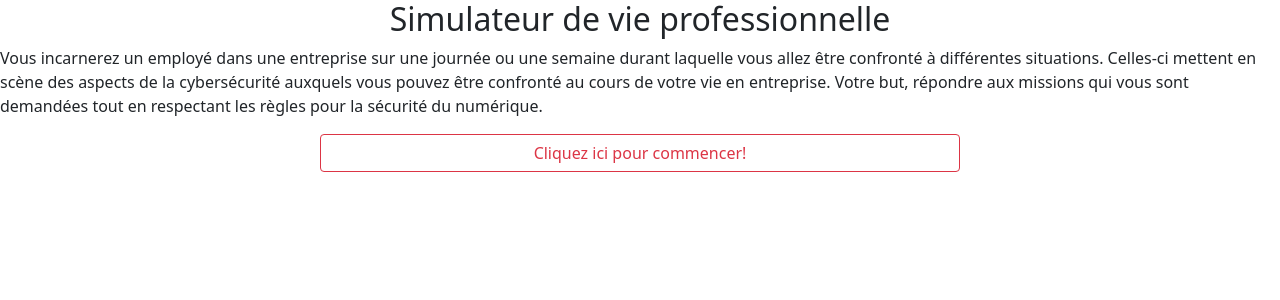
Repository: Geleetz/Workshop-I1-EPSI
Page: http://localhost/
The author's editor kept a copy of each file at every save. The page is drawn from the files as they stood at one save, then again after the next save.
The browser window is 1280 px wide. The pictures show the whole page.
The page is run by PHP 8.4 with error messages shown; the project is at /var/www/html/.

Above is the page before, as saved 2021-09-28 10:44:53.

After the next save:
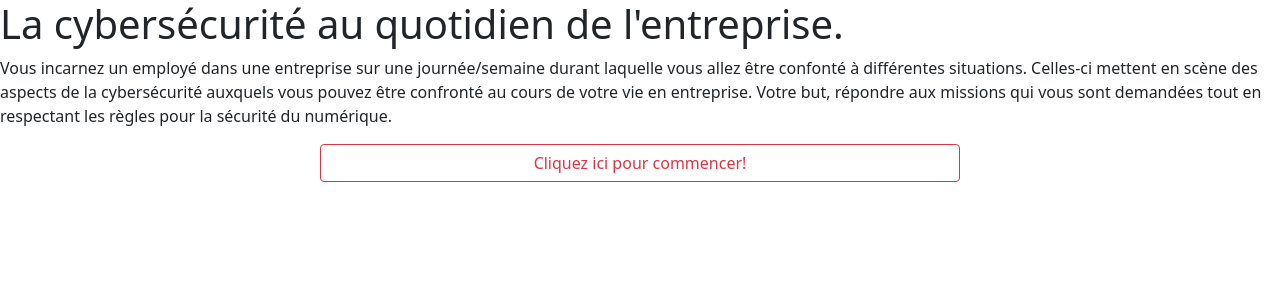
Saved 2 min 36 s later.
--- a/index.php
+++ b/index.php
@@ -12,8 +12,8 @@
 </head>
 
 <body>
-  <h2 class="text-center">Simulateur de vie professionnelle</h2>
-  <p class="text-justify">Vous incarnerez un employé dans une entreprise sur une journée ou une semaine durant laquelle vous allez être confronté à
+  <h1>La cybersécurité au quotidien de l'entreprise.</h1>
+  <p>Vous incarnez un employé dans une entreprise sur une journée/semaine durant laquelle vous allez être confonté à
     différentes situations. Celles-ci mettent en scène des aspects de la cybersécurité auxquels vous pouvez être confronté au
     cours de votre vie en entreprise. Votre but, répondre aux missions qui vous sont demandées tout en respectant les règles pour
     la sécurité du numérique.</p>
